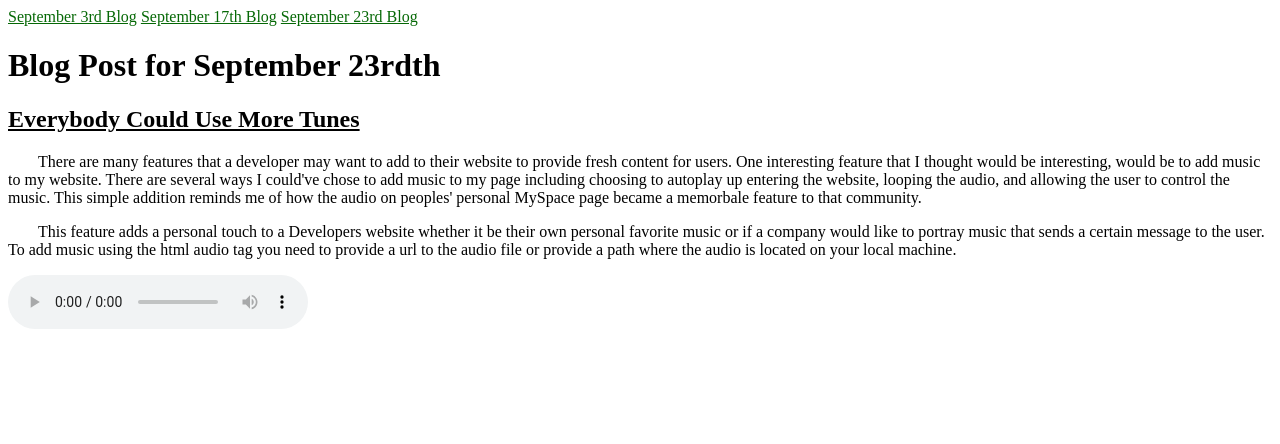
Repository: alharama/WebBlog
Page: Sept_23.html
The author's editor kept a copy of each file at every save. The page is drawn from the files as they stood at one save, then again after the next save.
The browser window is 1280 px wide. The pictures show the whole page.

Above is the page before, as saved 2021-09-23 23:25:35.

### Sept_23.html
<!DOCTYPE html>

<html>



<head>
    <a href="index.html"> September 3rd Blog</a>
    <a href="second_blog.html"> September 17th Blog</a>
    <a href="Sept_23.html"> September 23rd Blog</a>

    <title> September 23rd Blog</title>

    <style>

        h2 {
            text-decoration: underline;
        }
        a{
            text-decoration: underline;
            color: rgb(5, 104, 5)
        }
        a:visited{
            text-decoration: none;
        }

        #writeup {
            text-indent: 30px;
        }

        body {

        }



    </style>
</head>

<header>
    <title>Blog Post for September 23rdth</title>
</header>

<body>

    <h1>Blog Post for September 23rdth</h1>
    <h2>Everybody Could Use More Tunes</h2>
    <p id = "writeup">
            There are many  features that a developer may want to add to their website to provide fresh
        content for users. One interesting feature that I thought would be interesting, would be to add music to my website.
        There are several ways I could've chose to add music to my page including choosing to autoplay up entering the website,
        looping the audio, and allowing the user to control the music. This simple addition reminds me of how the audio on peoples'
        personal MySpace page became a memorbale feature to that community.
    </p>

    <p id="writeup">
        This feature adds a personal touch to a Developers website whether it be their own personal favorite music or if a company
        would like to portray music that sends a certain message to the user. To add music using the html audio tag you need to
        provide a url to the audio file or provide a path where the audio is located on your local machine.
    </p>



    <audio autoplay>
    <source src="Bohemian_Rhapsody.mp3" type="audio/mp3" />
    </audio>

    <audio controls>
        <source src="Bohemian_Rhapsody.mp3" type="audio/mp3" />
    </audio>



</body>



</html>

After the next save:
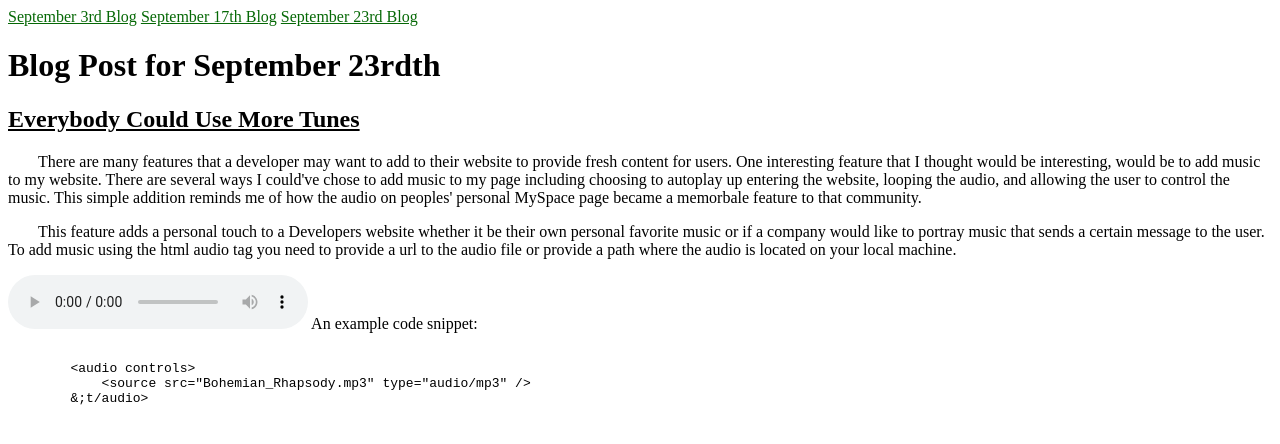
Saved 11 min 53 s later.
--- a/Sept_23.html
+++ b/Sept_23.html
@@ -60,14 +60,19 @@
     </p>
 
 
-
-    <audio autoplay>
-    <source src="Bohemian_Rhapsody.mp3" type="audio/mp3" />
-    </audio>
-
     <audio controls>
         <source src="Bohemian_Rhapsody.mp3" type="audio/mp3" />
     </audio>
+
+
+    An example code snippet:
+
+    <pre>
+
+        &ltaudio controls>
+            &ltsource src="Bohemian_Rhapsody.mp3" type="audio/mp3" />
+        &;t/audio>
+    </pre>
 
 
 
